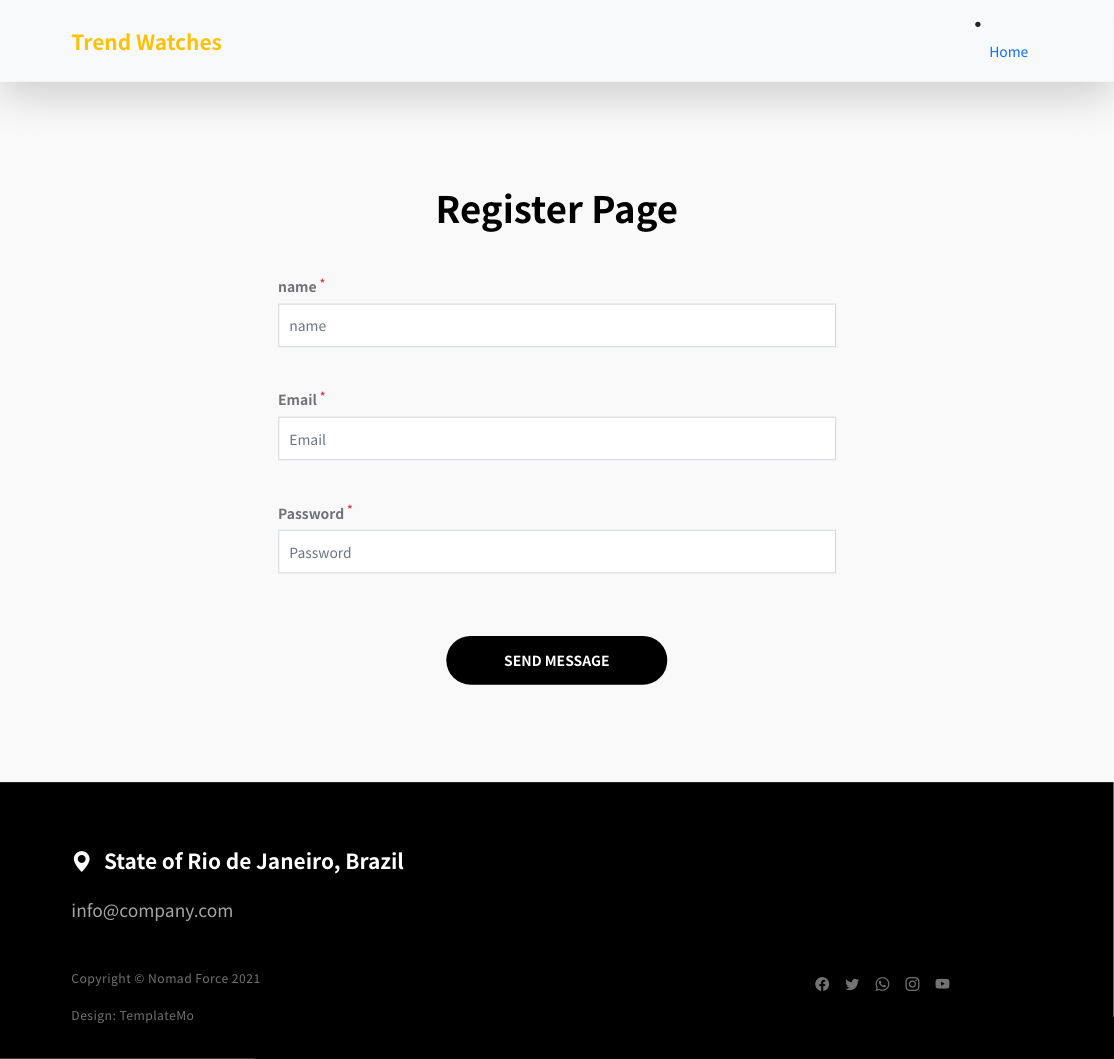
Repository: maqsudov0371/homework
Page: http://localhost/register-user
The author's editor kept a copy of each file at every save. The page is drawn from the files as they stood at one save, then again after a run of saves.
The browser window is 1280 px wide. The pictures show the whole page, at 87% of full size.
The page is served by the project's application, run on Django 5.2 (manage.py). Other server files are loaded and not shown.

Above is the page before, as saved 2024-07-13 16:02:11.
Console error (its wording comes from the project's code and is left out).

### templates/register.html
<!doctype html>
<html lang="en">
    {% load static %}
    <head>
        <meta charset="utf-8">
        <meta name="viewport" content="width=device-width, initial-scale=1">

        <meta name="description" content="">
        <meta name="author" content="">

        <title>Nomad Force HTML Bootstrap 5 Template</title>

        <!-- CSS FILES -->
        <link rel="preconnect" href="https://fonts.googleapis.com">

        <link rel="preconnect" href="https://fonts.gstatic.com" crossorigin>

        <link href="https://fonts.googleapis.com/css2?family=Noto+Sans+JP:wght@100;300;400;700;900&display=swap" rel="stylesheet">

        <link href="{% static 'css/bootstrap.min.css' %}" rel="stylesheet">
        <link href="{% static 'css/bootstrap-icons.css' %}" rel="stylesheet">

        <link rel="stylesheet" href="{% static 'css/magnific-popup.css' %} ">

        <link href="{% static 'css/aos.css' %}" rel="stylesheet">

        <link href="{% static 'css/templatemo-nomad-force.css' %}" rel="stylesheet">
<!--

TemplateMo 567 Nomad Force

https://templatemo.com/tm-567-nomad-force

-->
    </head>

    <body>

        <main>



            <nav class="navbar navbar-expand-lg bg-light shadow-lg">
                <div class="container">
                    <a class="navbar-brand" href="index.html">
                        <strong>Trend Watches</strong>
                    </a>
                    <li class="nav-item active">
                        <a class="nav-link" href="http://127.0.0.1:8000/">Home</a>
                    </li>

                    <button class="navbar-toggler" type="button" data-bs-toggle="collapse" data-bs-target="#navbarNav" aria-controls="navbarNav" aria-expanded="false" aria-label="Toggle navigation">
                        <span class="navbar-toggler-icon"></span>
                    </button>

                </div>
            </nav>



            <section class="news section-padding" id="news">
                <div class="container">
                    <div class="row">

                        <div class="col-lg-7 col-12 mx-auto">

                            <h2 class="mb-4 text-center aos-init aos-animate" data-aos="fade-up">Register Page</h2>

                            <form action="#" method="post" class="contact-form aos-init aos-animate" role="form" data-aos="fade-up">

                                {% csrf_token %}
                                <div class="row">
                                    <div class="col-12 my-4">
                                        <label for="name" class="form-label">name <sup class="text-danger">*</sup></label>

                                        <input type="text" name="name" id="name" class="form-control" placeholder="name" required="">
                                    </div>

                                    <div class="col-12 my-4">
                                        <label for="email" class="form-label">Email <sup class="text-danger">*</sup></label>

                                        <input type="text" name="email" id="email" class="form-control" placeholder="Email" required="">
                                    </div>


                                    <div class="col-lg-12 my-4">
                                        <label for="paswoord" class="form-label">Password <sup class="text-danger">*</sup></label>

                                        <input type="password" name="password" id="password"  class="form-control" placeholder="Password" >
                                    </div>

                                <div class="col-lg-5 col-12 mx-auto mt-5">
                                    <button type="submit" class="form-control">Send Message</button>
                                </div>
                            </form>
                        </div>
                </div>
            </section>




        </main>

        <footer class="site-footer">
            <div class="container">
                <div class="row">

                    <div class="col-12">
                        <h5 class="text-white">
                            <i class="bi-geo-alt-fill me-2"></i>
                            State of Rio de Janeiro, Brazil
                        </h5>

                        <a href="mailto:info@company.com" class="custom-link mt-3 mb-5">
                            info@company.com
                        </a>
                    </div>

                    <div class="col-6">
                        <p class="copyright-text mb-0">Copyright © Nomad Force 2021

                        <br><br>Design: <a href="https://templatemo.com/page/1" target="_parent">TemplateMo</a></p>

                    </div>

                    <div class="col-lg-3 col-5 ms-auto">
                        <ul class="social-icon">
                            <li><a href="#" class="social-icon-link bi-facebook"></a></li>

                            <li><a href="#" class="social-icon-link bi-twitter"></a></li>

                            <li><a href="#" class="social-icon-link bi-whatsapp"></a></li>

                            <li><a href="#" class="social-icon-link bi-instagram"></a></li>

                            <li><a href="#" class="social-icon-link bi-youtube"></a></li>
                        </ul>
                    </div>

                </div>
            </section>
        </footer>

        <!-- JAVASCRIPT FILES -->
        <script src="{% static 'js/jquery.min.js' %}"></script>
        <script src="{% static 'js/bootstrap.bundle.min.js' %}"></script>
        <script src="{% static 'js/jquery.sticky.js' %}"></script>
        <script src="{% static 'js/aos.js' %}"></script>
        <script src="{% static 'js/jquery.magnific-popup.min.js' %}"></script>
        <script src="{% static 'js/magnific-popup-options.js' %}"></script>
        <script src="{% static 'js/scrollspy.min.js' %}"></script>
        <script src="{% static 'js/custom.js' %}"></script>

    </body>
</html>

### main/views.py
from django.shortcuts import render
from . import models

def watches(request):
    posts = models.Watches.objects.all()

    context = {
        'post':posts
    }
    return render(request, 'watches.html', context)


def register_user(request):
    if request.method == 'POST':
        name = request.POST['name']
        email = request.POST['email']
        password = request.POST['password']

        user = models.User.objects.create(
            username = name,
            email = email
        )
        user.set_password(password)
        user.save()

    return render(request, 'register.html')


def appeals(request):
    if request.method == 'POST':
        name = request.POST['name']
        email = request.POST['email']
        appeal = request.POST['appeal']

        appeals = models.Appeal.objects.create(
            username = name,
            email = email,
            appeal = appeal
        )
        appeals.set__ap(appeal)
        appeals.save()
    return render(request, 'appeals.html')

### Watches/urls.py
"""
URL configuration for Watches project.

The `urlpatterns` list routes URLs to views. For more information please see:
    https://docs.djangoproject.com/en/5.0/topics/http/urls/
Examples:
Function views
    1. Add an import:  from my_app import views
    2. Add a URL to urlpatterns:  path('', views.home, name='home')
Class-based views
    1. Add an import:  from other_app.views import Home
    2. Add a URL to urlpatterns:  path('', Home.as_view(), name='home')
Including another URLconf
    1. Import the include() function: from django.urls import include, path
    2. Add a URL to urlpatterns:  path('blog/', include('blog.urls'))
"""
from django.contrib import admin
from django.urls import path, include
from django.conf import settings
from django.conf.urls.static import static

urlpatterns = [
    path('admin/', admin.site.urls),
    path('', include('main.urls'))
]+static(settings.MEDIA_URL, document_root=settings.MEDIA_ROOT)

### main/urls.py
from . import views
from django.urls import path

urlpatterns = [
    path('', views.watches),
    path('register-user', views.register_user, name='register_user'),
    path('appeals', views.appeals, name='appeal')
]

### static/css/templatemo-nomad-force.css
/*

TemplateMo 567 Nomad Force

https://templatemo.com/tm-567-nomad-force

*/

/*---------------------------------------
  CUSTOM PROPERTIES ( VARIABLES )
-----------------------------------------*/
:root {
  --white-color:                  #FFFFFF;
  --primary-color:                #ffc107;
  --section-bg-color:             #f9f9f9;
  --dark-color:                   #000000;
  --grey-color:                   #fcfeff;
  --text-secondary-white-color:   rgba(255, 255, 255, 0.98);
  --title-color:                  #565758;
  --p-color:                      #717275;

  --body-font-family:           'Noto Sans JP', sans-serif;

  --h1-font-size:               72px;
  --h2-font-size:               42px;
  --h3-font-size:               36px;
  --h4-font-size:               32px;
  --h5-font-size:               24px;
  --h6-font-size:               22px;
  --p-font-size:                20px;
  --copyright-text-font-size:   14px;
  --custom-link-font-size:      12px;

  --font-weight-light:          300;
  --font-weight-normal:         400;
  --font-weight-bold:           700;
  --font-weight-black:          900;
}

body,
html {
  height: 100%;
}

body {
    background: var(--white-color);
    font-family: var(--body-font-family);
    position: relative;
}

/*---------------------------------------
  TYPOGRAPHY
-----------------------------------------*/

h2,
h3,
h4,
h5,
h6 {
  color: var(--dark-color);
  line-height: inherit;
}

h1,
h2,
h3,
h4,
h5,
h6 {
  font-weight: var(--font-weight-bold);
}

h1,
h2 {
  font-weight: var(--font-weight-black);
}

h1 {
  font-size: var(--h1-font-size);
  line-height: normal;
}

h2 {
  font-size: var(--h2-font-size);
}

h3 {
  font-size: var(--h3-font-size);
}

h4 {
  font-size: var(--h4-font-size);
}

h5 {
  font-size: var(--h5-font-size);
}

h6 {
  font-size: var(--h6-font-size);
}

p {
  color: var(--p-color);
  font-size: var(--p-font-size);
  font-weight: var(--font-weight-light);
  letter-spacing: 0.5px;
}

.text-secondary-white-color {
  color: var(--text-secondary-white-color);
}

a,
button {
  touch-action: manipulation;
  transition: all 0.3s;
}

a {
  color: var(--p-color);
  text-decoration: none;
}

a:hover {
  color: var(--primary-color);
}

::selection {
  background: var(--dark-color);
  color: var(--white-color);
}

.custom-underline {
  border-bottom: 2px solid var(--white-color);
  color: var(--white-color);
  padding-bottom: 4px;
}

.videoWrapper {
  position: relative;
  padding-bottom: 56.25%; /* 16:9 */
  height: 0;
  z-index: -100;
}

.custom-video {
  position: absolute;
  top: 0;
  left: 0;
  width: 100%;
  height: 100%;
}

.overlay {
  background: linear-gradient(to top, #000, transparent 90%);
  position: absolute;
  top: 0;
  right: 0;
  bottom: 0;
  left: 0;
}

/*---------------------------------------
  CUSTOM LINK
-----------------------------------------*/
.custom-links {
  max-width: 230px;
}

.custom-link {
  position: relative;
  overflow: hidden;
  z-index: 1;
  display: inline-block;
  transition: all .3s cubic-bezier(.645,.045,.355,1);
}

.custom-link::after {
  content: "";
  width: 0;
  height: 2px;
  bottom: 0;
  position: absolute;
  left: auto;
  right: 0;
  z-index: -1;
  transition: width .6s cubic-bezier(.25,.8,.25,1) 0s;
  background: currentColor;
}

.custom-link:hover::after {
  width: 100%;
  left: 0;
  right: auto;
}

.custom-link:hover,
.custom-link:hover::after {
  color: var(--white-color);
}

b,
strong {
  font-weight: var(--font-weight-bold);
}

/*---------------------------------------
  NAVIGATION
-----------------------------------------*/

.navbar {
  z-index: 9;
  right: 0;
  left: 0;
  padding-top: 15px;
  padding-bottom: 15px;
}

.navbar-brand {
  color: var(--primary-color);
  font-size: 24px;
  font-weight: var(--font-weight-bold);
}

.navbar-expand-lg .navbar-nav .nav-link {
  padding-right: 15px;
  padding-left: 15px;
}

.navbar-nav .nav-link::after {
  content: "\f140";
  font-family: bootstrap-icons;
  display: inline-block;
  margin-left: 10px;
  color: var(--primary-color);
  opacity: 0;
  -webkit-transition: opacity 0.3s, -webkit-transform 0.3s;
  -moz-transition: opacity 0.3s, -moz-transform 0.3s;
  transition: opacity 0.3s, transform 0.3s;
  -webkit-transform: translateY(10px);
  -moz-transform: translateY(10px);
  transform: translateY(10px);
}

.navbar-nav .nav-link:hover::after {
  opacity: 1;
  -webkit-transform: translateY(0px);
  -moz-transform: translateY(0px);
  transform: translateY(0px);
}

.navbar-nav .nav-link {
  color: var(--p-color);
  font-size: 18px;
  font-weight: var(--font-weight-bold);
  position: relative;
}

.navbar-nav .nav-link:hover::after,
.navbar-nav .nav-item.active .nav-link::after {
  color: var(--primary-color);
  opacity: 1;
  -webkit-transform: translateY(0px);
  -moz-transform: translateY(0px);
  transform: translateY(0px);
}

.navbar-nav .nav-item.active .nav-link,
.nav-link:focus,
.nav-link:hover {
  color: var(--dark-color);
}

.nav-link:focus {
  color: var(--p-color);
}

.navbar-toggler {
  border: 0;
  padding: 0;
  cursor: pointer;
  margin: 0;
  width: 30px;
  height: 35px;
  outline: none;
}

.navbar-toggler:focus {
  outline: none;
  box-shadow: none;
}

.navbar-toggler[aria-expanded="true"] .navbar-toggler-icon {
  background: transparent;
}

.navbar-toggler[aria-expanded="true"] .navbar-toggler-icon:before,
.navbar-toggler[aria-expanded="true"] .navbar-toggler-icon:after {
  transition: top 300ms 50ms ease, -webkit-transform 300ms 350ms ease;
  transition: top 300ms 50ms ease, transform 300ms 350ms ease;
  transition: top 300ms 50ms ease, transform 300ms 350ms ease, -webkit-transform 300ms 350ms ease;
  top: 0;
}

.navbar-toggler[aria-expanded="true"] .navbar-toggler-icon:before {
  transform: rotate(45deg);
}

.navbar-toggler[aria-expanded="true"] .navbar-toggler-icon:after {
  transform: rotate(-45deg);
}

.navbar-toggler .navbar-toggler-icon {
  background: var(--dark-color);
  transition: background 10ms 300ms ease;
  display: block;
  width: 30px;
  height: 2px;
  position: relative;
}

.navbar-toggler .navbar-toggler-icon:before,
.navbar-toggler .navbar-toggler-icon:after {
  transition: top 300ms 350ms ease, -webkit-transform 300ms 50ms ease;
  transition: top 300ms 350ms ease, transform 300ms 50ms ease;
  transition: top 300ms 350ms ease, transform 300ms 50ms ease, -webkit-transform 300ms 50ms ease;
  position: absolute;
  right: 0;
  left: 0;
  background: var(--dark-color);
  width: 30px;
  height: 2px;
  content: '';
}

.navbar-toggler .navbar-toggler-icon:before {
  top: -8px;
}

.navbar-toggler .navbar-toggler-icon:after {
  top: 8px;
}

/*---------------------------------------
  HERO
-----------------------------------------*/
.hero {
  position: relative;
  overflow: hidden;
}

@media screen and (min-width: 992px) {
  .hero {
    height: 100vh;
  }

  .custom-video,
  .news-detail-image {
    object-fit: cover;
    width: 100vw;
    height: 100vh;
  }

  .sticky-wrapper {
    position: relative;
    bottom: 76px;
  }
}

.heroText {
  position: absolute;
  z-index: 9;
  top: 50%;
  left: 50%;
  transform: translate(-50%, -50%);
  width: 85%;
  text-align: center;
}

/*---------------------------------------
  ABOUT & TEAM MEMBERS
-----------------------------------------*/
.about-image,
.team-image {
  width: 100%;
  height: 100%;
  max-height: 635px;
  min-height: 475px;
  object-fit: cover;
}

.team-thumb {
  background: var(--white-color);
  position: absolute;
  bottom: 0;
  right: 0;
  width: 65%;
  padding: 22px 32px 32px 32px;
}

.carousel-control-next,
.carousel-control-prev {
  top: auto;
  bottom: 2.5rem;
}

.carousel-control-prev {
  right: 4rem;
  left: auto;
}

.carousel-control-next-icon,
.carousel-control-prev-icon {
  background-color: var(--dark-color);
  background-size: 50% 50%;
  border-radius: 100px;
  width: 3rem;
  height: 3rem;
}

/*---------------------------------------
  PORTFOLIO
-----------------------------------------*/
.portfolio-thumb {
  position: relative;
  overflow: hidden;
}

.portfolio-info {
  margin: 20px;
}

/*---------------------------------------
  NEWS & EVENTS
-----------------------------------------*/

.news,
.related-news {
  background: var(--section-bg-color);
}

.news-thumb {
  position: relative;
}

.news-category {
  background: var(--white-color);
  position: absolute;
  z-index: 9;
  top: 0;
  left: 0;
  padding: 4px 12px;
  display: inline-block;
}

.news-text-info {
  margin: 0 20px;
}

.news-title {
  margin-top: 15px;
  margin-bottom: 15px;
}

.news-title-link {
  color: var(--title-color);
  display: inline-block;
}

.news-title-link:hover {
  color: var(--dark-color);
}

.portfolio-image,
.news-image {
  display: block;
  transition: transform 0.6s ease-out;
}

.news-image-hover {
  display: inline-block;
  position: relative;
  overflow: hidden;
  z-index: 1;
  transition: all .3s cubic-bezier(.645,.045,.355,1);
  padding-bottom: 4px;
  height: 100%;
}

.news-image-hover::after {
  content: "";
  width: 0;
  height: 4px;
  bottom: 0;
  position: absolute;
  left: auto;
  right: 0;
  z-index: -1;
  transition: width .6s cubic-bezier(.25,.8,.25,1) 0s;
  background: #198754;
}

.news-image-hover-warning::after {
  background: #ffc107;
}

.news-image-hover-primary::after {
  background: #0d6efd;
}

.news-image-hover-success::after {
  background: #198754;
}

.news-image-hover:hover::after {
  width: 100%;
  left: 0;
  right: auto;
  z-index: 9;
}

.image-popup:hover .portfolio-image,
.news-image-hover:hover .news-image {
  transform: scale(1.02);
}

.news-two-column {
  min-height: 199px;
  margin-bottom: 16px;
}

.news-two-column .news-image {
  width: 100%;
  height: 100%;
  object-fit: cover;
}

.social-share-link,
.social-share-link + span {
  color: rgba(255, 255, 255, 0.65);
}

/*---------------------------------------
  SECTION
-----------------------------------------*/
.section-padding {
  padding-top: 7rem;
  padding-bottom: 7rem;
}

/*---------------------------------------
  CONTACT
-----------------------------------------*/
.contact-info {
  padding: 40px;
}

.contact-form .form-control {
  border-radius: 0;
  font-weight: var(--font-weight-normal);
  padding-top: 12px;
  padding-bottom: 12px;
}

.contact-form button[type='submit'] {
  background: var(--dark-color);
  border: none;
  border-radius: 100px;
  color: var(--white-color);
  font-weight: var(--font-weight-bold);
  text-transform: uppercase;
  padding: 16px;
  transition: all 0.6s ease-out;
}

.contact-form button[type='submit']:hover {
  background: var(--primary-color);
}

.form-label {
  color: var(--p-color);
  font-weight: var(--font-weight-bold);
}

.map-iframe {
  display: block;
  filter: grayscale(100);
}

/*---------------------------------------
  SITE FOOTER
-----------------------------------------*/
.site-footer {
  background: var(--dark-color);
  padding-top: 4.5rem;
  padding-bottom: 2.5rem;
}

.site-footer .custom-link {
  color: rgba(255, 255, 255, 0.65);
  font-size: var(--p-font-size);
}

.site-footer .custom-link:hover,
.site-footer .social-icon-link:hover {
  color: var(--white-color);
}

.copyright-text {
  color: rgba(255, 255, 255, 0.45);
  font-size: var(--copyright-text-font-size);
}

/*---------------------------------------
  SOCIAL ICON
-----------------------------------------*/
.social-icon {
  margin: 0;
  padding: 0;
}

.social-icon li {
  list-style: none;
  display: inline-block;
  vertical-align: top;
}

.social-icon-link {
  color: rgba(255, 255, 255, 0.45);
  font-size: 1rem;
  display: inline-block;
  vertical-align: top;
  margin-top: 4px;
  margin-bottom: 4px;
  margin-right: 15px;
}

.social-icon-link:hover {
  color: var(--primary-color);
}

/*---------------------------------------
  RESPONSIVE STYLES
-----------------------------------------*/
@media screen and (min-width: 1600px) {
  .news-two-column {
    min-height: 232.5px;
  }
}

@media screen and (max-width: 991px) {
  h1 {
    font-size: 48px;
  }

  h2 {
    font-size: 36px;
  }

  h3 {
    font-size: 32px;
  }

  h4 {
    font-size: 28px;
  }

  h5 {
    font-size: 20px;
  }

  h6 {
    font-size: 18px;
  }

  .navbar {
    padding-top: 10px;
    padding-bottom: 10px;
  }

  .section-padding {
    padding-top: 6rem;
    padding-bottom: 6rem;
  }

  .team-thumb {
    left: 0;
    width: auto;
  }

  .news-two-column {
    height: auto !important;
    min-height: inherit;
  }

  .news .col-12 .news-two-column:first-child {
    margin-bottom: 38px;
  }
}

@media screen and (max-width: 767px) {
  .news-detail-title {
    font-size: 36px;
  }
}

@media screen and (max-width: 360px) {
  h1 {
    font-size: 32px;
  }

  .heroText p {
    font-size: 14px;
  }
}

@media screen and (max-width: 359px) {
  .news-detail-title {
    font-size: 22px;
  }
}

### static/js/custom.js

  (function ($) {

  "use strict";

    // AOS ANIMATIONS
    AOS.init();

    // NAVBAR
    $('.navbar-nav .nav-link').click(function(){
        $(".navbar-collapse").collapse('hide');
    });

    // NEWS IMAGE RESIZE
    function NewsImageResize(){
      $(".navbar").scrollspy({ offset: -76 });

      var LargeImage = $('.large-news-image').height();

      var MinusHeight = LargeImage - 6;

      $('.news-two-column').css({'height' : (MinusHeight - LargeImage / 2) + 'px'});
    }

    $(window).on("resize", NewsImageResize);
    $(document).on("ready", NewsImageResize);

    $('a[href*="#"]').click(function (event) {
      if (
        location.pathname.replace(/^\//, '') == this.pathname.replace(/^\//, '') && location.hostname == this.hostname) {
        var target = $(this.hash);
        target = target.length ? target : $('[name=' + this.hash.slice(1) + ']');
        if (target.length) {
          event.preventDefault();
          $('html, body').animate({
            scrollTop: target.offset().top - 66
          }, 1000);
        }
      }
    });

  })(window.jQuery);

Loaded but not shown: static/css/bootstrap.min.css (library); static/css/bootstrap-icons.css (library); static/css/magnific-popup.css (library); static/css/aos.css (library); static/js/jquery.min.js (library); static/js/bootstrap.bundle.min.js (library); static/js/jquery.sticky.js (library); static/js/aos.js (library); static/js/jquery.magnific-popup.min.js (library); static/js/magnific-popup-options.js (common file); static/js/scrollspy.min.js (common file)

After the next 2 saves:
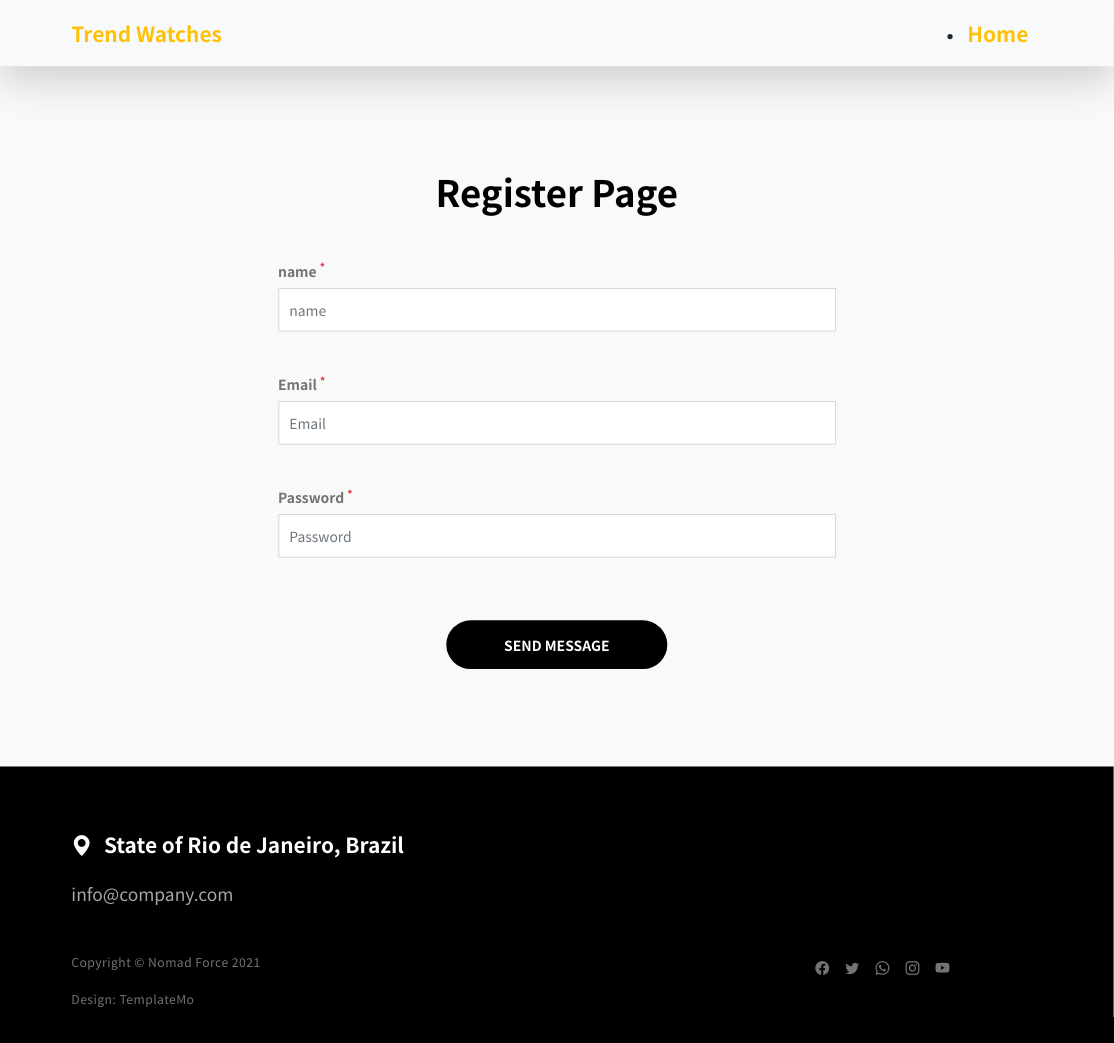
The 2 saves are shown as one change because they came seconds apart.
The last was saved 8 s later.
--- a/templates/register.html
+++ b/templates/register.html
@@ -46,7 +46,7 @@ https://templatemo.com/tm-567-nomad-force
                         <strong>Trend Watches</strong>
                     </a>
                     <li class="nav-item active">
-                        <a class="nav-link" href="http://127.0.0.1:8000/">Home</a>
+                        <a class="navbar-brand" href="http://127.0.0.1:8000/">Home</a>
                     </li>
 
                     <button class="navbar-toggler" type="button" data-bs-toggle="collapse" data-bs-target="#navbarNav" aria-controls="navbarNav" aria-expanded="false" aria-label="Toggle navigation">
